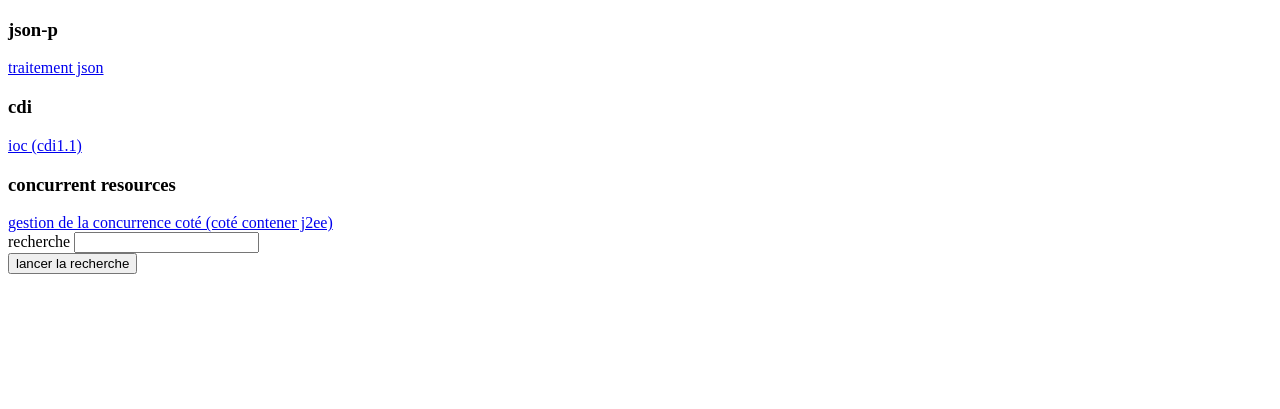
Repository: antoinebody/formationJee7
Page: http://localhost/ProjJEE7/index.jsp
An editor plug-in stored every save of this project. The page is shown before and after the next save, followed by the edit.
The browser window is 1280 px wide. The pictures show the whole page.
The page is served by Tomcat 9. Nobody is signed in. The application's start-up code is not run. Other server files are loaded and not shown.

Above is the page before, as saved 2015-11-24 15:31:39.

### ProjJEE7/WebContent/index.jsp
<?xml version="1.0" encoding="utf-8" ?>
<%@ page language="java" contentType="text/html; charset=UTF-8"
    pageEncoding="UTF-8"%>
<!doctype html>
<html lang="fr">
<head>
<meta charset="utf-8">
<title>projet jee7</title>
</head>
<body>
	<h3>json-p</h3>
	<a title="json-p" href="JSONController?calltype=1">traitement json</a>
	<br/>

	<h3>cdi</h3>
	<a title="json-p" href="CDIControler">ioc (cdi1.1)</a>
	<br/>
	<h3>concurrent resources</h3>
	<a title="concurrent resource" href="SearchConcurrentController">gestion de la concurrence coté (coté contener j2ee)</a>
	<br/>
	<form method="post" action="SearchConcurrentController">
		<label for="search">recherche </label>
		<input type="text" name="searchfield" id="search" />
		<br />
		<input type="submit" value="lancer la recherche"/>
	</form>


</body>
</html>

After the next save:
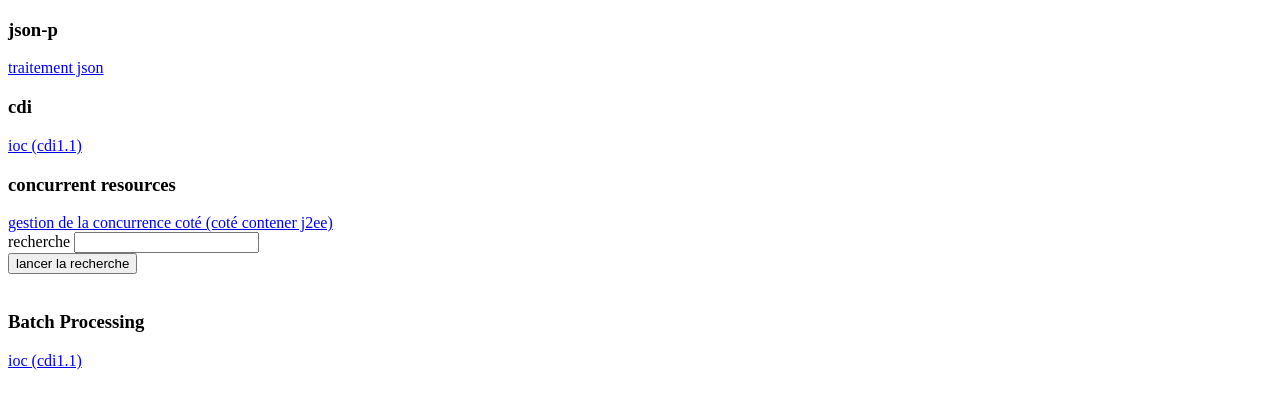
Saved 2 min 30 s later.
--- a/ProjJEE7/WebContent/index.jsp
+++ b/ProjJEE7/WebContent/index.jsp
@@ -24,6 +24,11 @@
 		<br />
 		<input type="submit" value="lancer la recherche"/>
 	</form>
+	<br />
+	<h3>Batch Processing</h3>
+	<a title="json-p" href="CDIControler">ioc (cdi1.1)</a>
+	<br/>
+
 
 
 </body>
